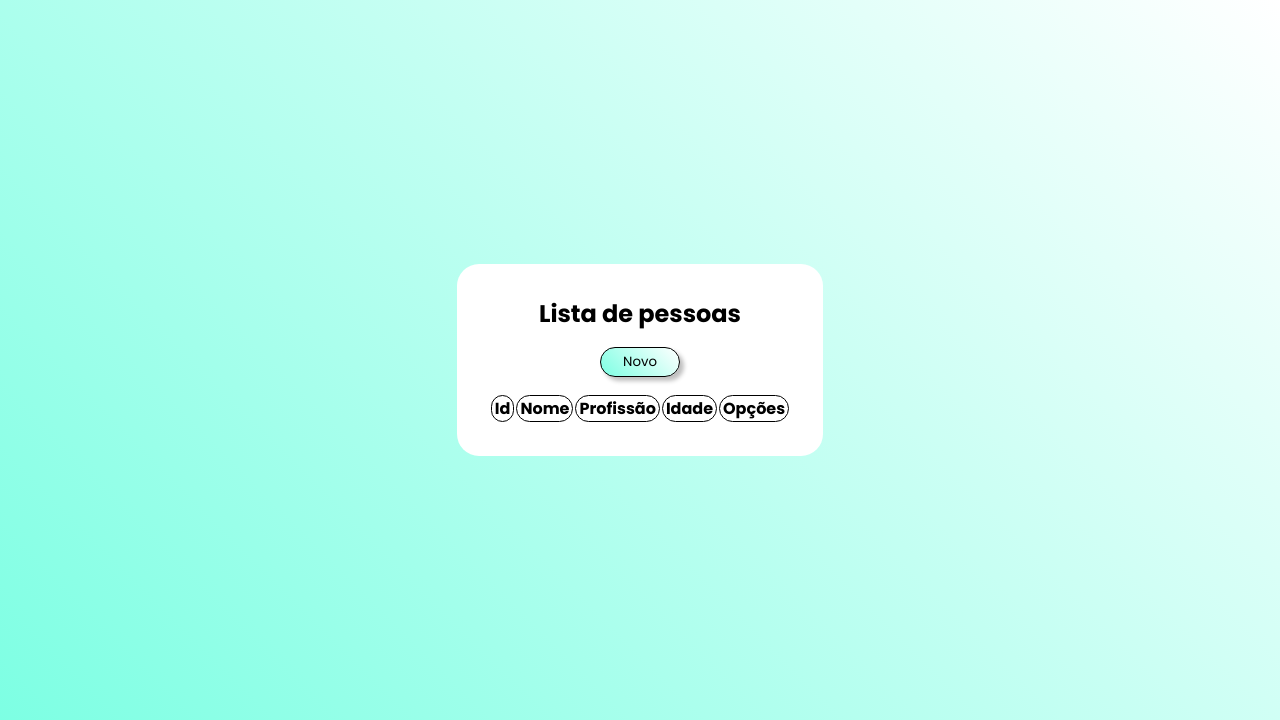
Repository: alef-torres/TesteUnicontrol
Page: http://localhost/desafioUnicontrol/main
These files come from the project's save history. The page is drawn as it stood at one moment and after the next save; the edit follows.
The browser window is 1280 px wide. The pictures show the whole page.
The page is served by Tomcat 9. Queries for data that is not in the repository find no rows.

Above is the page before, as saved 2024-02-10 23:10:55.

After the next save:
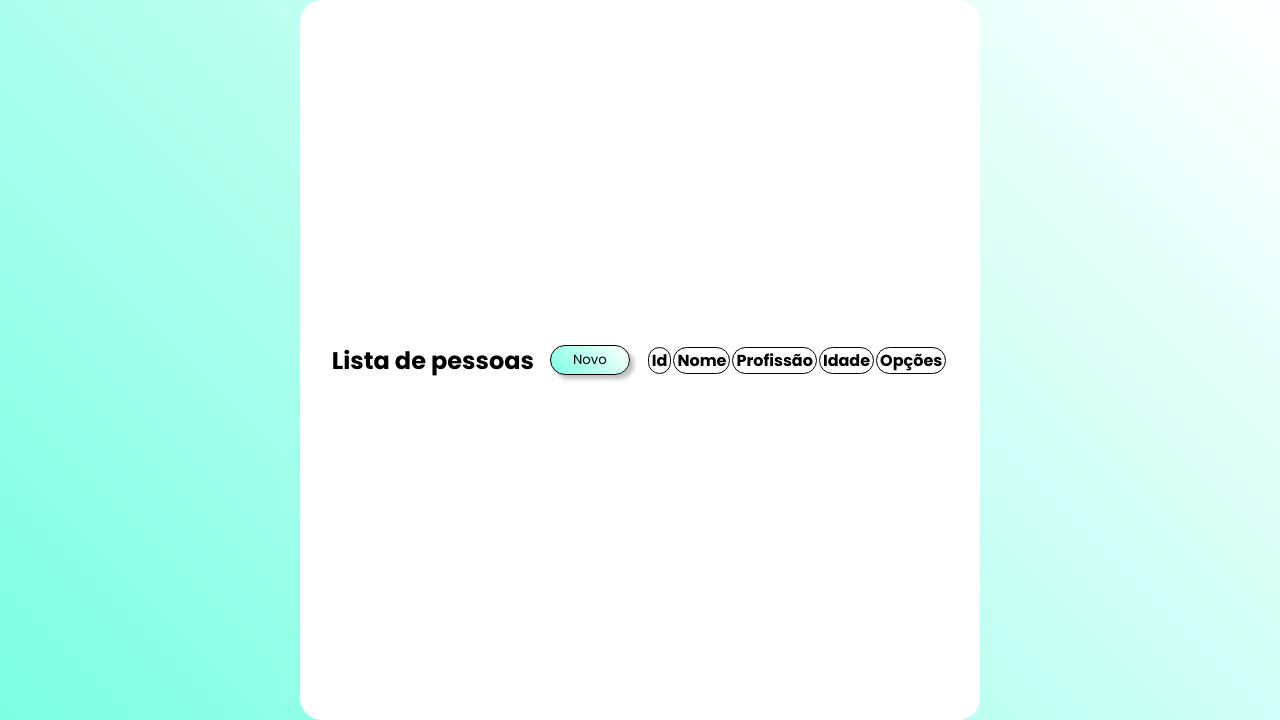
Saved 98 s later.
--- a/DesafioUnicontrol/desafioUnicontrol/src/main/webapp/pesquisa.jsp
+++ b/DesafioUnicontrol/desafioUnicontrol/src/main/webapp/pesquisa.jsp
@@ -21,7 +21,7 @@
 
 <body>
 	<section>
-		<div>
+		<div class="principal">
 			<h1>Lista de pessoas</h1>
 			<a href="index.html"><button>Novo</button></a>
 

After the 4 saves that followed:
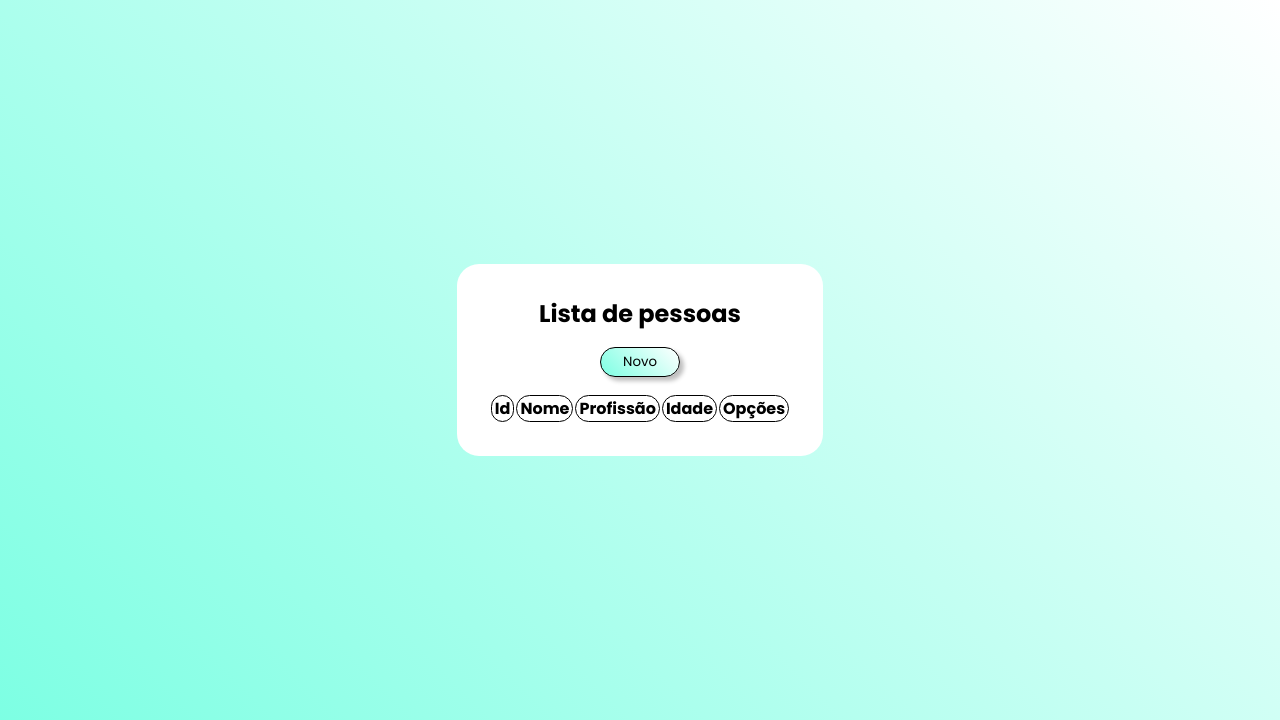
The 4 saves are shown as one change because 3 left the picture as it was.
The last was saved 2 min 35 s later.
--- a/DesafioUnicontrol/desafioUnicontrol/src/main/webapp/pesquisa.jsp
+++ b/DesafioUnicontrol/desafioUnicontrol/src/main/webapp/pesquisa.jsp
@@ -21,7 +21,7 @@
 
 <body>
 	<section>
-		<div class="principal">
+		<div>
 			<h1>Lista de pessoas</h1>
 			<a href="index.html"><button>Novo</button></a>
 
--- a/DesafioUnicontrol/desafioUnicontrol/src/main/webapp/estilo/pesquisa.css
+++ b/DesafioUnicontrol/desafioUnicontrol/src/main/webapp/estilo/pesquisa.css
@@ -1,81 +1,83 @@
 @charset "UTF-8";
 
-@import url('https://fonts.googleapis.com/css2?family=Poppins:wght@100;300;400;500;600;700&display=swap');
+@import
+	url('https://fonts.googleapis.com/css2?family=Poppins:wght@100;300;400;500;600;700&display=swap')
+	;
 
 * {
-    margin: 0;
-    padding: 0;
-    font-family: 'Poppins';
-    text-decoration: none;
+	margin: 0;
+	padding: 0;
+	font-family: 'Poppins';
+	text-decoration: none;
 }
 
 body {
-    width: 100%;
-    height: 100vh;
-    background: linear-gradient(45deg, #7DFFE3, #fff);
+	width: 100%;
+	height: 100vh;
+	background: linear-gradient(45deg, #7DFFE3, #fff);
 }
 
 section {
-    display: flex;
-    height: 100%;
-    flex-direction: column;
-    justify-content: space-around;
-    align-items: center;
+	display: flex;
+	height: 100%;
+	flex-direction: column;
+	justify-content: space-around;
+	align-items: center;
 }
 
 div {
-    display: flex;
-    flex-direction: column;
-    justify-content: space-around;
-    align-items: center;
-    gap: 1rem;
-    background: white;
-    border-radius: 22px;
-    padding: 2rem;
+	display: flex;
+	flex-direction: column;
+	justify-content: space-around;
+	align-items: center;
+	gap: 1rem;
+	background: white;
+	border-radius: 22px;
+	padding: 2rem;
 }
 
 .principal {
-    margin-top: auto;
-    height: 100%;
-    display: flex;
-    flex-direction: row;
-    justify-content: space-around;
-    align-items: center;
+	margin-top: auto;
+	height: 100%;
+	display: flex;
+	flex-direction: row;
+	justify-content: space-around;
+	align-items: center;
 }
 
 .formulario-de-cadastro {
-    display: flex;
-    flex-direction: column;
-    padding: 2rem;
-    background: #fff;
-    border-radius: 10px;
+	display: flex;
+	flex-direction: column;
+	padding: 2rem;
+	background: #fff;
+	border-radius: 10px;
 }
 
 #btn {
-    display: flex;
-    flex-direction: row;
-    align-items: center;
-    justify-content: space-around;
-    margin-top: 1rem;
+	display: flex;
+	flex-direction: row;
+	align-items: center;
+	justify-content: space-around;
+	margin-top: 1rem;
 }
 
 button {
-    width: 80px;
-    height: 30px;
-    border: solid 1px black;
-    border-radius: 22px;
-    background: linear-gradient(45deg, #7DFFE3, #fff);
-    color: black;
-    cursor: pointer;
-    box-shadow: 4px 4px 4px rgba(0, 0, 0, 0.25);
+	width: 80px;
+	height: 30px;
+	border: solid 1px black;
+	border-radius: 22px;
+	background: linear-gradient(45deg, #7DFFE3, #fff);
+	color: black;
+	cursor: pointer;
+	box-shadow: 4px 4px 4px rgba(0, 0, 0, 0.25);
 }
 
 #btn-enviar {
-    background: linear-gradient(-45deg, #7DFFE3, #fff);
+	background: linear-gradient(-45deg, #7DFFE3, #fff);
 }
 
 a {
-    color: black;
+	color: black;
 }
 
 th {
